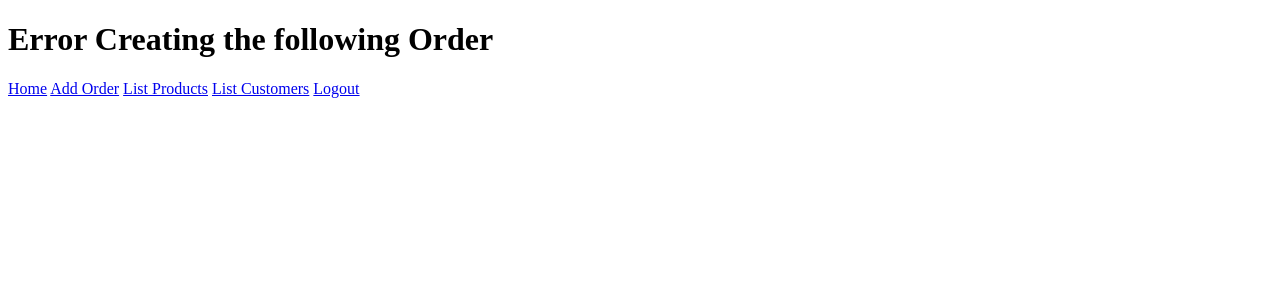
Repository: WilliamVida/Advanced-Data-Centric-Web-Applications-Project
Page: http://localhost/G00356773/jsp/orderError.jsp
These files come from the project's save history. The page is drawn as it stood at one moment and after the next save; the edit follows.
The browser window is 1280 px wide. The pictures show the whole page.
The page is served by Tomcat 9.

Above is the page before, as saved 2020-04-26 16:00:46.

After the next save:
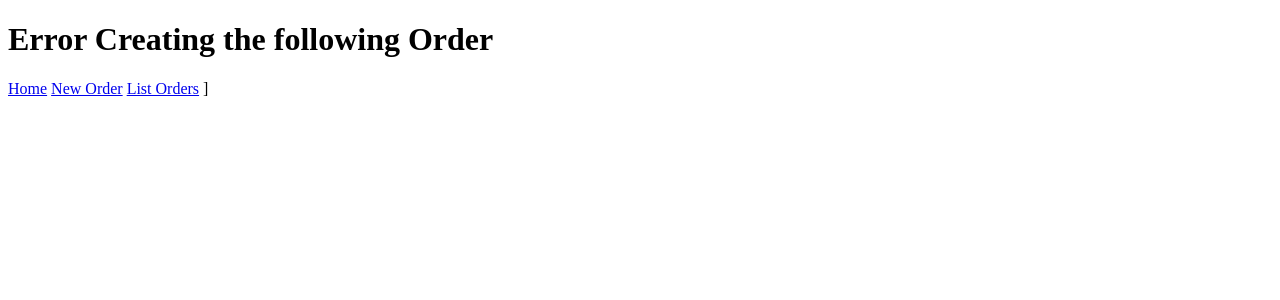
Saved 39 s later.
--- a/G00356773/src/main/webapp/jsp/orderError.jsp
+++ b/G00356773/src/main/webapp/jsp/orderError.jsp
@@ -30,9 +30,7 @@
 	</c:forEach>
 
 	<a href="/index.html">Home</a>
-	<a href="/newOrder.html">Add Order</a>
-	<a href="/showProducts.html">List Products</a>
-	<a href="/showCustomers.html">List Customers</a>
-	<a href="/logout">Logout</a>
-</body>
+	<a href="/newOrder.html">New Order</a>
+	<a href="/showOrders.html">List Orders</a>
+]</body>
 </html>
